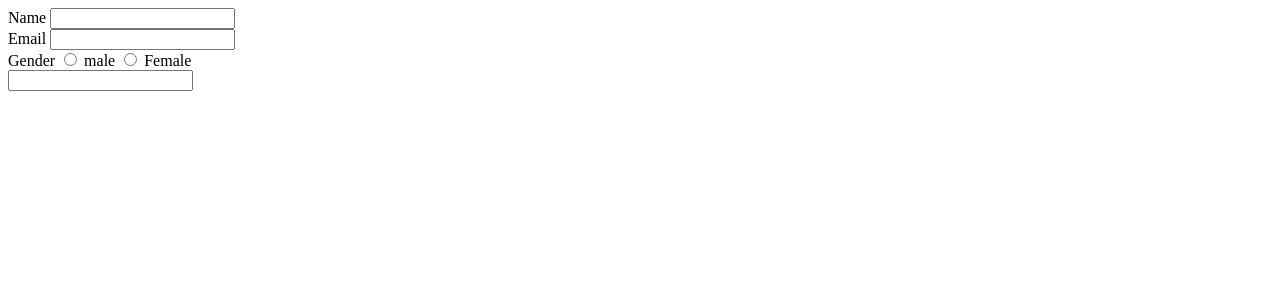
Repository: Lehuyhuynh/HTML
Page: HTML/Th1.html
These files come from the project's save history. The page is drawn as it stood at one moment and after the next save; the edit follows.
The browser window is 1280 px wide. The pictures show the whole page.

Above is the page before, as saved 2023-08-03 19:58:53.

After the next save:
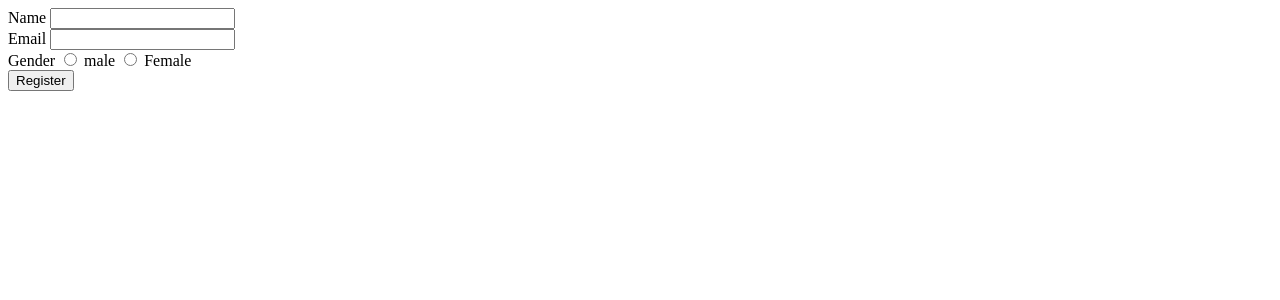
Saved 44 s later.
--- a/HTML/Th1.html
+++ b/HTML/Th1.html
@@ -22,6 +22,6 @@
     <label for="Female">Female</label>
   </div>
 
-  <input type="text">
+  <button type="submit">Register</button>
 </body>
 </html>
